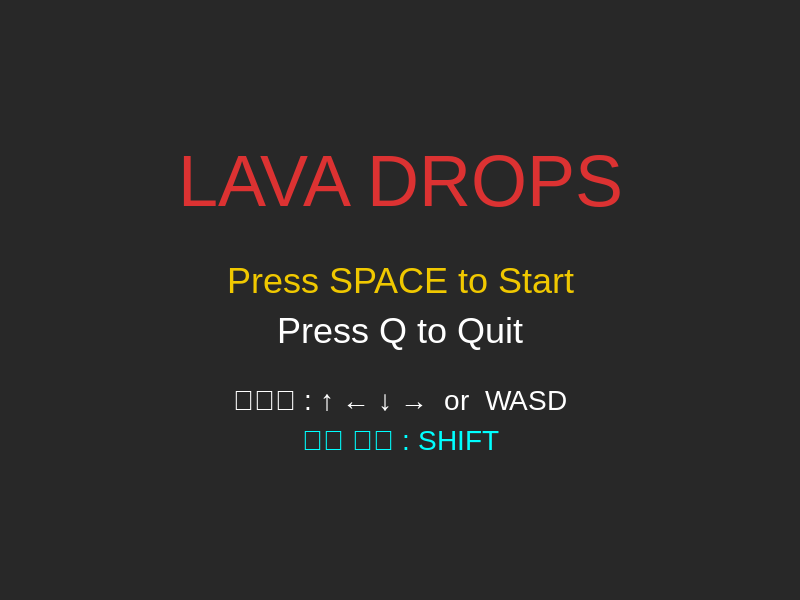
Repository: oyoeys/20260188
Script's output: python lavadrops.py
These files come from the project's save history. The script's output is drawn as it stood at one moment and after the next save; the edit follows.
The window is shown after at most 60 frames with no key pressed. A system font it names is replaced by a similar one. Random numbers start from a fixed seed.

Above is the script's output before, as saved 2026-04-08 01:14:18.

### lavadrops.py
import pygame
import random
import sys
import math

pygame.init()

def get_korean_font(size):
    candidates = ["malgungothic", "applegothic", "nanumgothic", "notosanscjk"]
    for name in candidates:
        font = pygame.font.SysFont(name, size)
        if font.get_ascent() > 0:
            return font
    return pygame.font.SysFont(None, size)

# 기본 해상도 기준점
DEFAULT_WIDTH, DEFAULT_HEIGHT = 800, 600
WIDTH, HEIGHT = DEFAULT_WIDTH, DEFAULT_HEIGHT
FPS = 60

# --- 게임 상수 ---
PLAYER_SPEED = 5
INVINCIBLE_FRAMES = 90
SCORE_PER_LEVEL = 20

# --- 레이저 설정 ---
LASER_SCORE_THRESHOLD = 50
LASER_WARNING_DURATION = 60
LASER_ACTIVE_DURATION = 10
MAX_ACTIVE_LASERS = 3
LASER_THICKNESS = 30
LASER_SPAWN_INTERVAL = 180

# --- 슬로우 게이지 설정 ---
MAX_SLOW_GAUGE = 180
SLOW_CONSUME_RATE = 1
SLOW_RECHARGE_RATE = 0.5
SLOW_TIME_MULTIPLIER = 0.3 # 시간이 30% 속도로 느려짐

# --- 페이즈 구간 설정 ---
PHASE_MID_THRESHOLD = 50
PHASE_LATE_THRESHOLD = 100
PHASE_LAST_THRESHOLD = 200
PHASE_ENDLESS_THRESHOLD = 400

WHITE  = (255, 255, 255)
BLACK  = (0,   0,   0)
BLUE   = (50,  120, 220)
RED    = (220, 50,  50)
YELLOW = (240, 200, 0)
GRAY   = (40,  40,  40)
CYAN   = (0,   255, 255) # 슬로우 게이지용 색상

screen = pygame.display.set_mode((WIDTH, HEIGHT), pygame.RESIZABLE)
pygame.display.set_caption("Lava Drops")
clock = pygame.time.Clock()

font = get_korean_font(36)
font_big = get_korean_font(72)
font_small = get_korean_font(28)

LEVELS = [
    {"min_speed": 3, "max_speed": 5,  "spawn": 40, "label": "Lv.1"},
    {"min_speed": 5, "max_speed": 8,  "spawn": 25, "label": "Lv.2"},
    {"min_speed": 7, "max_speed": 12, "spawn": 15, "label": "Lv.3"},
]

PLAYER_W, PLAYER_H = 40, 40
ENEMY_W,  ENEMY_H  = 30, 30

# --- 메인 메뉴 화면 ---
def main_menu():
    global screen
    screen.fill(GRAY)

    cx = screen.get_width() // 2
    cy = screen.get_height() // 2

    title_text = font_big.render("LAVA DROPS", True, RED)
    start_text = font.render("Press SPACE to Start", True, YELLOW)
    quit_text = font.render("Press Q to Quit", True, WHITE)

    # 조작법 텍스트 (회피기 -> 시간 감속)
    move_text = font_small.render("이동기 : ↑ ← ↓ →  or  WASD", True, WHITE)
    dodge_text = font_small.render("시간 감속 : SHIFT", True, CYAN)

    screen.blit(title_text, title_text.get_rect(center=(cx, cy - 120)))
    screen.blit(start_text, start_text.get_rect(center=(cx, cy - 20)))
    screen.blit(quit_text, quit_text.get_rect(center=(cx, cy + 30)))

    screen.blit(move_text, move_text.get_rect(center=(cx, cy + 100)))
    screen.blit(dodge_text, dodge_text.get_rect(center=(cx, cy + 140)))

    pygame.display.flip()

    while True:
        clock.tick(FPS)
        for e in pygame.event.get():
            if e.type == pygame.QUIT:
                return "QUIT"
            if e.type == pygame.VIDEORESIZE:
                screen = pygame.display.set_mode((e.w, e.h), pygame.RESIZABLE)
                return main_menu()
            if e.type == pygame.KEYDOWN:
                if e.key == pygame.K_SPACE:
                    return "START"
                if e.key == pygame.K_q:
                    return "QUIT"

def draw_hud(surface, display_score, level_cfg, lives, current_phase):
    surface.blit(font.render(f"Score: {display_score}", True, WHITE), (10, 10))

    phase_text = ""
    if current_phase == 4:
        phase_text = " [ENDLESS]"
    elif current_phase == 3:
        phase_text = " [LAST PHASE]"
    elif current_phase == 2:
        phase_text = " [LATE PHASE]"
    elif current_phase == 1:
        phase_text = " [MID PHASE]"

    surface.blit(font.render(f"{level_cfg['label']}{phase_text}", True, YELLOW), (10, 40))

    lives_text = font.render(f"Lives: {'♥ ' * lives}", True, RED)
    lives_rect = lives_text.get_rect(topright=(surface.get_width() - 20, 10))
    surface.blit(lives_text, lives_rect)

def game_over_screen(display_score):
    global screen
    screen.fill(GRAY)

    cx = screen.get_width() // 2
    cy = screen.get_height() // 2

    go_text = font_big.render("GAME OVER", True, RED)
    score_text = font.render(f"Score: {display_score}", True, WHITE)
    restart_text = font.render("R: Restart   Q: Main Menu", True, WHITE)

    screen.blit(go_text, go_text.get_rect(center=(cx, cy - 60)))
    screen.blit(score_text, score_text.get_rect(center=(cx, cy + 10)))
    screen.blit(restart_text, restart_text.get_rect(center=(cx, cy + 60)))
    pygame.display.flip()

    while True:
        clock.tick(FPS)
        for e in pygame.event.get():
            if e.type == pygame.QUIT:
                return "QUIT"
            if e.type == pygame.VIDEORESIZE:
                screen = pygame.display.set_mode((e.w, e.h), pygame.RESIZABLE)
                return game_over_screen(display_score)
            if e.type == pygame.KEYDOWN:
                if e.key == pygame.K_r: return "RESTART"
                if e.key == pygame.K_q: return "MENU"

def main():
    global screen
    player_x = float(screen.get_width() // 2 - PLAYER_W // 2)
    player_y = float(screen.get_height() - 60)
    player = pygame.Rect(int(player_x), int(player_y), PLAYER_W, PLAYER_H)

    enemies = []
    score = 0.0
    lives = 3
    level_idx = 0
    level_cfg = LEVELS[level_idx]
    invincible = 0
    last_phase = 0

    v_spawn_timer = 0.0
    h_spawn_timer = 0.0
    b_spawn_timer = 0.0

    lasers = []
    laser_spawn_timer = 0.0

    slow_gauge = float(MAX_SLOW_GAUGE)
    is_slow_overheated = False

    shake_timer = 0
    shake_magnitude = 0

    while True:
        clock.tick(FPS)

        for e in pygame.event.get():
            if e.type == pygame.QUIT:
                return "QUIT"
            elif e.type == pygame.VIDEORESIZE:
                screen = pygame.display.set_mode((e.w, e.h), pygame.RESIZABLE)

        sw, sh = screen.get_width(), screen.get_height()
        display_score = int(score)

        width_ratio = max(0.1, sw / DEFAULT_WIDTH)
        height_ratio = max(0.1, sh / DEFAULT_HEIGHT)

        level_idx = min(display_score // SCORE_PER_LEVEL, len(LEVELS) - 1)
        level_cfg = LEVELS[level_idx]

        current_phase = 0
        if display_score >= PHASE_ENDLESS_THRESHOLD:
            current_phase = 4
        elif display_score >= PHASE_LAST_THRESHOLD:
            current_phase = 3
        elif display_score >= PHASE_LATE_THRESHOLD:
            current_phase = 2
        elif display_score >= PHASE_MID_THRESHOLD:
            current_phase = 1

        if current_phase > last_phase:
            last_phase = current_phase
            enemies.clear()
            lasers.clear()
            shake_timer = 60
            shake_magnitude = 30

        is_phase_mid = current_phase >= 1
        is_phase_late = current_phase >= 2
        is_phase_last = current_phase >= 3
        is_phase_endless = current_phase >= 4

        keys = pygame.key.get_pressed()
        mouse_pressed = pygame.mouse.get_pressed()
        mouse_left = mouse_pressed[0]
        mouse_right = mouse_pressed[2]

        shift_held = keys[pygame.K_LSHIFT] or keys[pygame.K_RSHIFT] or mouse_right
        is_slow_active = False

        # 슬로우 게이지 로직
        if shift_held and not is_slow_overheated and slow_gauge > 0:
            is_slow_active = True
            slow_gauge -= SLOW_CONSUME_RATE
            if slow_gauge <= 0:
                slow_gauge = 0
                is_slow_overheated = True
        else:
            slow_gauge = min(MAX_SLOW_GAUGE, slow_gauge + SLOW_RECHARGE_RATE)
            if is_slow_overheated and slow_gauge >= MAX_SLOW_GAUGE:
                is_slow_overheated = False

        # 시간에 따른 배율 (슬로우 켜지면 0.3, 꺼지면 1.0)
        time_mult = SLOW_TIME_MULTIPLIER if is_slow_active else 1.0

        # 플레이어 이동 (플레이어는 시간 감속에 면역!)
        if mouse_left:
            mx, my = pygame.mouse.get_pos()
            px_center = player_x + PLAYER_W / 2
            py_center = player_y + PLAYER_H / 2
            dx = mx - px_center
            dy = my - py_center
            dist = math.hypot(dx, dy)

            if dist > PLAYER_SPEED:
                player_x += (dx / dist) * PLAYER_SPEED
                player_y += (dy / dist) * PLAYER_SPEED
            else:
                player_x = mx - PLAYER_W / 2
                player_y = my - PLAYER_H / 2
        else:
            if keys[pygame.K_LEFT] or keys[pygame.K_a]:  player_x -= PLAYER_SPEED
            if keys[pygame.K_RIGHT] or keys[pygame.K_d]: player_x += PLAYER_SPEED
            if keys[pygame.K_UP] or keys[pygame.K_w]:    player_y -= PLAYER_SPEED
            if keys[pygame.K_DOWN] or keys[pygame.K_s]:  player_y += PLAYER_SPEED

        player_x = max(0, min(sw - PLAYER_W, player_x))
        player_y = max(0, min(sh - PLAYER_H, player_y))

        player.x = int(player_x)
        player.y = int(player_y)

        endless_speed_bonus = (display_score - PHASE_ENDLESS_THRESHOLD) * 0.05 if is_phase_endless else 0

        # 스폰 타이머에도 time_mult 반영 (슬로우 시 적 스폰도 느려짐)
        if shake_timer <= 0:
            v_spawn_timer += time_mult
            base_v_spawn = level_cfg["spawn"]
            if is_phase_last:
                base_v_spawn *= 4
            elif is_phase_late:
                base_v_spawn *= 2

            target_v_spawn = max(1, int(base_v_spawn / width_ratio))

            if v_spawn_timer >= target_v_spawn:
                v_spawn_timer = 0
                x = random.randint(0, sw - ENEMY_W)
                speed = random.randint(level_cfg["min_speed"], level_cfg["max_speed"]) + endless_speed_bonus
                if is_phase_late: speed = max(1, int(speed * 0.5))

                enemies.append({
                    "rect": pygame.Rect(x, -ENEMY_H, ENEMY_W, ENEMY_H),
                    "exact_x": float(x), "exact_y": float(-ENEMY_H),
                    "speed_x": 0, "speed_y": speed,
                    "score_value": 1.0 / width_ratio
                })

            if is_phase_late:
                h_spawn_timer += time_mult
                base_h_spawn = level_cfg["spawn"] * 2
                target_h_spawn = max(1, int(base_h_spawn / height_ratio))

                if h_spawn_timer >= target_h_spawn:
                    h_spawn_timer = 0
                    y = random.randint(0, sh - ENEMY_H)
                    speed = random.randint(level_cfg["min_speed"], level_cfg["max_speed"]) + endless_speed_bonus
                    speed = max(1, int(speed * 0.7))

                    if random.choice([True, False]):
                        enemies.append({"rect": pygame.Rect(-ENEMY_W, y, ENEMY_W, ENEMY_H), "exact_x": float(-ENEMY_W), "exact_y": float(y), "speed_x": speed, "speed_y": 0, "score_value": 1.0 / height_ratio})
                    else:
                        enemies.append({"rect": pygame.Rect(sw, y, ENEMY_W, ENEMY_H), "exact_x": float(sw), "exact_y": float(y), "speed_x": -speed, "speed_y": 0, "score_value": 1.0 / height_ratio})

            if is_phase_last:
                b_spawn_timer += time_mult
                base_b_spawn = level_cfg["spawn"] * 2
                target_b_spawn = max(1, int(base_b_spawn / width_ratio))

                if b_spawn_timer >= target_b_spawn:
                    b_spawn_timer = 0
                    x = random.randint(0, sw - ENEMY_W)
                    speed = random.randint(level_cfg["min_speed"], level_cfg["max_speed"]) + endless_speed_bonus
                    speed = max(1, int(speed * 0.6))

                    enemies.append({"rect": pygame.Rect(x, sh, ENEMY_W, ENEMY_H), "exact_x": float(x), "exact_y": float(sh), "speed_x": 0, "speed_y": -speed, "score_value": 1.0 / width_ratio})

            if is_phase_mid:
                laser_spawn_timer += time_mult
                if laser_spawn_timer >= LASER_SPAWN_INTERVAL and len(lasers) < MAX_ACTIVE_LASERS:
                    laser_spawn_timer = 0
                    is_horizontal = random.choice([True, False])
                    if is_horizontal:
                        laser_y = random.randint(0, sh - LASER_THICKNESS)
                        laser_rect = pygame.Rect(-500, laser_y, 3000, LASER_THICKNESS)
                    else:
                        laser_x = random.randint(0, sw - LASER_THICKNESS)
                        laser_rect = pygame.Rect(laser_x, -500, LASER_THICKNESS, 3000)

                    lasers.append({"state": "WARNING", "rect": laser_rect, "timer": LASER_WARNING_DURATION})

        # 적 이동 (소수점 계산 후 rect 갱신)
        for enemy in enemies:
            enemy["exact_x"] += enemy["speed_x"] * time_mult
            enemy["exact_y"] += enemy["speed_y"] * time_mult
            enemy["rect"].x = int(enemy["exact_x"])
            enemy["rect"].y = int(enemy["exact_y"])

        # 레이저 갱신 (경고/발사 시간도 느리게 감)
        updated_lasers = []
        for laser in lasers:
            laser["timer"] -= time_mult
            if laser["state"] == "WARNING":
                if laser["timer"] <= 0:
                    laser["state"] = "ACTIVE"
                    laser["timer"] = LASER_ACTIVE_DURATION
                updated_lasers.append(laser)
            elif laser["state"] == "ACTIVE":
                if laser["timer"] > 0:
                    updated_lasers.append(laser)
        lasers = updated_lasers

        # 충돌 판정 (무적 스킬이 없으므로 항상 맞을 수 있음)
        if invincible > 0:
            invincible -= 1
        elif shake_timer <= 0:
            for enemy in enemies:
                if player.colliderect(enemy["rect"]):
                    lives -= 1
                    invincible = INVINCIBLE_FRAMES
                    enemies.clear()
                    lasers.clear()
                    slow_gauge = float(MAX_SLOW_GAUGE)
                    is_slow_overheated = False
                    if lives <= 0:
                        return game_over_screen(display_score)
                    break

            if invincible == 0:
                for laser in lasers:
                    if laser["state"] == "ACTIVE" and player.colliderect(laser["rect"]):
                        lives -= 1
                        invincible = INVINCIBLE_FRAMES
                        enemies.clear()
                        lasers.clear()
                        slow_gauge = float(MAX_SLOW_GAUGE)
                        is_slow_overheated = False
                        if lives <= 0:
                            return game_over_screen(display_score)
                        break

        survived = []
        for enemy in enemies:
            is_out_of_bounds = False

            if enemy["speed_y"] > 0 and enemy["rect"].top >= sh:
                is_out_of_bounds = True
            elif enemy["speed_y"] < 0 and enemy["rect"].bottom <= 0:
                is_out_of_bounds = True
            elif enemy["speed_x"] > 0 and enemy["rect"].left >= sw:
                is_out_of_bounds = True
            elif enemy["speed_x"] < 0 and enemy["rect"].right <= 0:
                is_out_of_bounds = True

            if not is_out_of_bounds:
                survived.append(enemy)
            else:
                score += enemy["score_value"]

        enemies = survived

        canvas = pygame.Surface((sw, sh))
        canvas.fill(GRAY)

        for laser in lasers:
            if laser["state"] == "WARNING":
                pygame.draw.rect(canvas, RED, laser["rect"], 3)
                warn_text = font.render('!', True, RED)
                text_rect = warn_text.get_rect(center=laser["rect"].center)
                canvas.blit(warn_text, text_rect)
            elif laser["state"] == "ACTIVE":
                pygame.draw.rect(canvas, RED, laser["rect"])

        # 플레이어 깜빡임 (피격 무적 시)
        blink = (invincible // 10) % 2 == 0
        if blink:
            pygame.draw.rect(canvas, BLUE, player)

        # 게이지 그리기 (CYAN 색상)
        if shift_held or slow_gauge < MAX_SLOW_GAUGE or is_slow_overheated:
            gauge_radius = 40
            gauge_center = (player.centerx, player.centery)
            gauge_color = CYAN if not is_slow_overheated else (255, 128, 0)
            gauge_ratio = slow_gauge / MAX_SLOW_GAUGE

            start_angle = -math.pi / 2
            sweep_angle = gauge_ratio * (2 * math.pi)
            end_angle = start_angle + sweep_angle

            gauge_rect = pygame.Rect(gauge_center[0] - gauge_radius, gauge_center[1] - gauge_radius, gauge_radius * 2, gauge_radius * 2)

            pygame.draw.arc(canvas, WHITE, gauge_rect, -math.pi / 2, 3 * math.pi / 2, 2)
            pygame.draw.arc(canvas, gauge_color, gauge_rect, start_angle, end_angle, 6)

        for enemy in enemies:
            pygame.draw.rect(canvas, RED, enemy["rect"])

        # 슬로우 발동 시 화면에 푸른빛 오버레이 추가
        if is_slow_active:
            overlay = pygame.Surface((sw, sh), pygame.SRCALPHA)
            overlay.fill((0, 100, 200, 40)) # 반투명한 파란색
            canvas.blit(overlay, (0, 0))

        draw_hud(canvas, display_score, level_cfg, lives, current_phase)

        if shake_timer > 0:
            dx = random.randint(-int(shake_magnitude), int(shake_magnitude))
            dy = random.randint(-int(shake_magnitude), int(shake_magnitude))

            screen.fill(BLACK)
            screen.blit(canvas, (dx, dy))

            shake_timer -= 1
            shake_magnitude = max(0, shake_magnitude - 0.5)
        else:
            screen.blit(canvas, (0, 0))

        pygame.display.flip()

if __name__ == "__main__":
    state = "MENU"

    while True:
        if state == "MENU":
            action = main_menu()
            if action == "QUIT":
                break
            elif action == "START":
                state = "PLAY"

        elif state == "PLAY":
            action = main()
            if action == "QUIT":
                break
            elif action == "MENU":
                state = "MENU"
            elif action == "RESTART":
                state = "PLAY"

    pygame.quit()
    sys.exit()

After the next save:
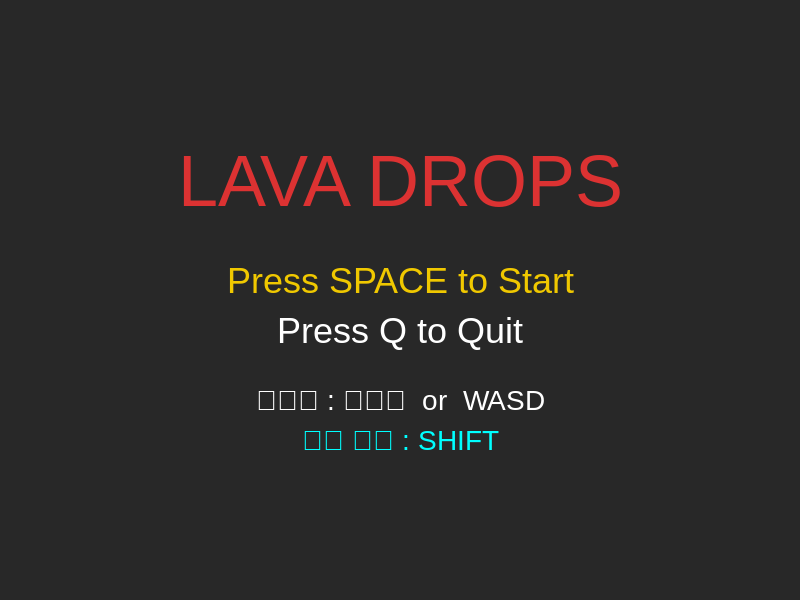
Saved 18 h 48 min later.
--- a/lavadrops.py
+++ b/lavadrops.py
@@ -32,7 +32,7 @@ LASER_THICKNESS = 30
 LASER_SPAWN_INTERVAL = 180
 
 # --- 슬로우 게이지 설정 ---
-MAX_SLOW_GAUGE = 180
+MAX_SLOW_GAUGE = 90
 SLOW_CONSUME_RATE = 1
 SLOW_RECHARGE_RATE = 0.5
 SLOW_TIME_MULTIPLIER = 0.3 # 시간이 30% 속도로 느려짐
@@ -81,7 +81,7 @@ def main_menu():
     quit_text = font.render("Press Q to Quit", True, WHITE)
 
     # 조작법 텍스트 (회피기 -> 시간 감속)
-    move_text = font_small.render("이동기 : ↑ ← ↓ →  or  WASD", True, WHITE)
+    move_text = font_small.render("이동기 : 화살표  or  WASD", True, WHITE)
     dodge_text = font_small.render("시간 감속 : SHIFT", True, CYAN)
 
     screen.blit(title_text, title_text.get_rect(center=(cx, cy - 120)))
